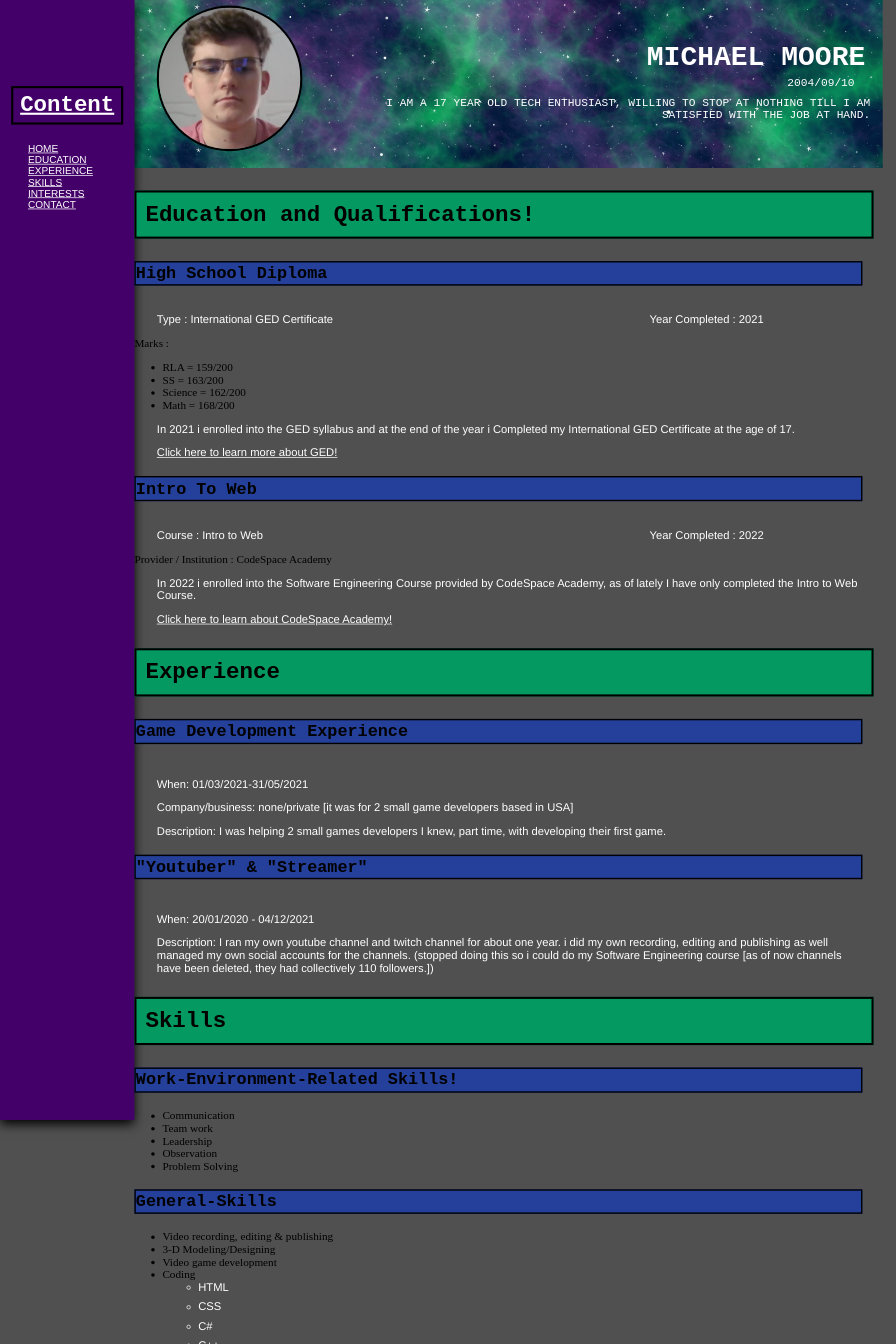
Repository: MikeMoore55/MichaelMooreResumeProject
Page: Resume.html
These files come from the project's save history. The page is drawn as it stood at one moment and after the next save; the edit follows.
The browser window is 1280 px wide. The pictures show the part of the page from y = 0 to 1920 px (the page is 2962 px tall), at 70% of full size.

Above is the page before, as saved 2022-02-16 09:31:38.

### Resume.html
<!DOCTYPE html>
<html lang="en">
<head>

    <meta charset="UTF-8">
    <meta http-equiv="X-UA-Compatible" content="IE=edge">
    <meta name="viewport" content="width=device-width, initial-scale=1.0">
    <title>MichaelMooreResume</title>
    <link rel="stylesheet" type="text/css" href="css/stylesheet.css">
    <!-- added icon to the head of the tab -->
    <link  rel="icon" href ="/images/tab-image.png">

</head>

<body>

    <header id="home">

        <img id="profilePic" src="/images/Michael Photo.jpg" alt="Picture of Michael Moore">

        <h1 id="name">
            Michael Moore
        </h1>

        <p id="DateOfBirth">
            2004/09/10
        </p>

        <p id="personalDescription">
            I am a 17 year old Tech enthusiast, willing to stop at nothing till i am satisfied with the job at hand.
        </p>

    </header>


    <nav>

        <div id="nav-container">

            <h2>
                Content
            </h2>

            <ol id="nav-list">
                <li class="navList-style"><a class="nav-link" href="#home"> HOME</a></li>
                <li class="navList-style"><a class="nav-link" href="#education">EDUCATION</a></li>
                <li class="navList-style"><a class="nav-link" href="#experience">EXPERIENCE</a></li>
                <li class="navList-style"><a class="nav-link" href="#skill">SKILLS</a></li>
                <li class="navList-style"><a class="nav-link" href="#interest">INTERESTS</a></li>
                <li class="navList-style"><a class="nav-link" href="#contact">CONTACT</a></li>
            </ol>

        </div>

    </nav>


    <section>
        <article>

            <!-- [to michael] this is the education section -->

            <div id="education" class="content-box">

                <h3>
                    Education and Qualifications!
                </h3>

                <h4>
                    High School Diploma
                </h4>

                <div id="highschoolcontent-container">

                    <p id="type-container" > Type : International GED Certificate</p>

                    <p id="year-container" >Year Completed : 2021</p>

                </div>

                <div class="Second-box" > Marks :
                        <ul>
                            <li>RLA = 159/200</li>
                            <li>SS = 163/200</li>
                            <li>Science = 162/200</li>
                            <li>Math = 168/200</li>
                        </ul>
                </div>

                <p class="EducationDescription-container">
                        In 2021 i enrolled into the GED syllabus and at the end of the year i Completed my International GED Certificate at the age of 17.
                </p>

                <p>
                    <a id="GedLink" href="https://ged.com/blog/what-is-a-ged/" target="_blank">Click here to learn more about GED!</a>
                </p>

                <h4>
                    Intro To Web
                </h4>

                <div id="Course-container">

                    <p id="typeCourse-container">Course : Intro to Web</p>
                    <p id="CourseYear-container">Year Completed : 2022</p>

                </div>

                <p class="Second-box">
                    Provider / Institution : CodeSpace Academy
                </p>

                <p class="EducationDescription-container">
                        In 2022 i enrolled into the Software Engineering Course provided by CodeSpace Academy, as of lately I have only completed the Intro to Web Course.
                </p>

                <p>
                    <a id="CodeSpaceLink" href="https://codespace.co.za/course/software-engineering/" target="_blank">Click here to learn about CodeSpace Academy!</a>
                </p>

            </div>

            <!-- [to michael] this is the experience section -->

            <div id="experience" class="content-box">

                <h3>
                    Experience
                </h3>

                <h4>
                        Game Development Experience
                </h4>

                <div class="experience-container">

                    <p>
                        When: 01/03/2021-31/05/2021
                    </p>

                    <p>
                        Company/business: none/private [it was for 2 small game developers based in USA]
                    </p>

                    <p>
                        Description:
                        I was helping 2 small games developers I knew, part time, with developing their first game.
                    </p>

                </div>

               <h4>
                   "Youtuber" & "Streamer"
               </h4>

               <div class="experience-container">

                    <p>
                        When: 20/01/2020 - 04/12/2021
                    </p>

                    <p>
                        Description:
                        I ran my own youtube channel and twitch channel for about one year. i did my own recording, editing and publishing as well managed my own social accounts for the channels. (stopped doing this so i could do my Software Engineering course [as of now channels have been deleted, they had collectively 110 followers.])
                    </p>

                </div>
            </div>

            <!-- [to michael] this is skills section -->

            <div id="skill" class="content-box">

                <h3>
                    Skills
                </h3>

                <h4>Work-Environment-Related Skills!</h4>

                <p>

                    <ul>
                        <li class="skills-List" >Communication</li>
                        <li class="skills-List" >Team work</li>
                        <li class="skills-List" >Leadership</li>
                        <li class="skills-List" >Observation</li>
                        <li class="skills-List" >Problem Solving</li>
                    </ul>

                </p>

                <h4>General-Skills</h4>

                <p>

                    <ul>
                        <li class="skills-List" >Video recording, editing & publishing</li>
                        <li class="skills-List" >3-D Modeling/Designing</li>
                        <li class="skills-List" >Video game development</li>
                        <li class="skills-List" >Coding
                            <ul>
                                <li class="coding-list">HTML</li>
                                <li class="coding-list">CSS</li>
                                <li class="coding-list">C#</li>
                                <li class="coding-list">C++</li>
                            </ul>
                        </li>
                    </ul>

                </p>

            </div>

            <!-- [to michael] this is the skills section -->

            <div id="interest" class="content-box">

                <h3>
                    Interests
                </h3>

                <p>

                    <ul>
                        <li class="interest-List" >Cars</li>
                        <li class="interest-List" >Technology</li>
                        <li class="interest-List" >AI</li>
                        <li class="interest-List" >Robotics</li>
                        <li class="interest-List" >Gaming</li>
                        <li class="interest-List" >Game Development</li>
                        <li class="interest-List" >Coding</li>
                    </ul>
                </p>


            </div>
        </article>

    </section>


    <footer id="contact">

        <div id="footerHeadings-container">

            <h5 id="contact-style">Contact me here:</h5>

            <h5 id="social-style">Follow the socials here:</h5>

        </div>

        <div id="contactANDsocialDetails-container">

            <div id="contactDeatils-container">

                <a class="contactAndSocial-Links" href="mailto:michaelwillemmoore@gmail.com" target="_blank" >
                <img id="linkImg-mail" src="/images/mail.jpeg.png" alt="email me michaelwillemmoore@gmail.com">
                </a>

                <a class="contactAndSocial-Links" href="tel:+27792363841" target="_blank" >
                <img id="linkImg-phone" src="/images/smartphone-5484616.png" alt="phone me at 079 236 3841">
                </a>

            </div>

            <div id="socialDetails-container">

                <a class="contactAndSocial-Links" href="https://www.instagram.com/the1theonly_michaelmoore/" target="_blank" >
                <img id="linkImg-instagram" src="/images/instagram.jpeg.png" alt="follow my instagram at the1theonly_michaelmoore">
                </a>


                <a class="contactAndSocial-Links" href="https://www.linkedin.com/in/michael-moore-66a249231/" target="_blank" >
                <img id="linkImg-linkdin" src="/images/linkden.jpeg.png" alt=" view my linkedin at Michael Moore">
                </a>

            </div>

        </div>

    </footer>

</body>

</html>

### css/stylesheet.css
/* from lesson with Mr Schalk, Always do this */

*{box-sizing: border-box;}


body{
    background-color: #515050;
}


/* background image for header was found on "pixabay.com" */

header{
    background-image: url(../images/star-background.jpg);
    background-size: cover;
    position: absolute;
    z-index: 0;
    left: 12em;
    top: 0;
    right: 0;
    width: 66.8em;
    height: 15em;
    margin: 0em .0em .1em .0em;
}
/* added a shadow hover affect to header, so people can know they are currently on it and to help seperate it from the content below */
header:hover{
    box-shadow: 0 0px 20px rgb(0, 0, 0);
}

#profilePic{
    border-radius: 50%;
    width: 13em;
    margin: .5em 2em 2em 2em;
    border: solid rgb(0, 0, 0) .2em;
}

#profilePic:hover{
    box-shadow: 0 0px 20px rgb(0, 0, 0);
}

#name {
    position: absolute;
    left: 18em;
    top: 0em;
    color: white;
    text-transform: uppercase;
    font-family: 'Courier New', Courier, monospace;
    font-size: 2.5em;
    text-align: right;
    margin: 1em .1em .1em .1em;
    padding: .5em .2em .5em .2em;
}

#DateOfBirth{
    position: absolute;
    left: 58em;
    top: 6.3em;
    color: white;
    text-transform: uppercase;
    font-family: 'Courier New', Courier, monospace;
    font-size: 1em;
    text-align: right;
    margin: .1em .9em .1em .1em;
    padding: .5em .2em .5em .2em;

}

#personalDescription{
    position: absolute;
    left: 17em;
    top: 8em;
    color: white;
    text-transform: uppercase;
    font-family: 'Courier New', Courier, monospace;
    font-size: 1em;
    text-align: right;
    margin: .1em .9em .1em .1em;
    padding: .5em .2em .5em .2em;
}

/* everything in nav */

/*the nav-container is to shape and size the navigation menu*/

#nav-container{
    background-color: rgb(67, 0, 105);

    position: fixed;
    z-index: 0;
    left: 0;
    top: 0;
    bottom: 0;
    height: 100em;
    width: 12em;
    margin: 0 0 0 0;
    padding: 0 0 0 0;

}

/* added a shadow hover affect to nav, so people can know they are currently on it */
#nav-container:hover{
  box-shadow: 0 5px 15px rgb(0, 0, 0);
}

/* h2=nav heading */
h2{
    position: relative;
    top:3em;
    color: rgb(255, 255, 255);
    font-family: 'Courier New', Courier, monospace;
    font-size: 2em;
    text-align: center;
    margin-bottom: 2em;
    margin-left: .5em;
    margin-right: .5em;
    border: solid 0.1em black;
    padding: .2em .2em .2em .2em;
    text-decoration-line: underline;
}

#nav-list{
    position: relative;
    top: 4em;
    color: white;
    list-style: none;
    font-family: 'Franklin Gothic Medium', 'Arial Narrow', Arial, sans-serif;
    font-size: 0.9em;
    text-align: left;

}


/* i seperated the nav-list from nav structure, for the nav-list provides the style and navList-structure, structures the list */

.navList-structure {
    margin-bottom: 1.9em;
    margin-right: 3em;
    margin-left: .1em;
    text-align: left;

}


/* how the link should look when not hovered or active */

.nav-link{
    color: rgb(255, 255, 255);
    text-transform: uppercase;
}

.nav-link:hover{
    background-color: rgb(250, 250, 250);
    color: rgb(0, 0, 0);
    box-shadow: 0 0px 20px rgb(0, 0, 0);
    font-size: 1.5em;
    border: solid 0.1em black;
    padding: .1em .1em .1em .1em;
    margin-right: 1em;
    margin-left: -0.5em;
}

/* for the position of the section */

/* everything in section/main */

section{
    position: absolute;
    top: 15em;
    left: 12em;
    bottom: 15em;
}

.content-container{
    margin: 2em 2em 2em 2em;
    border: solid .2em black;
    padding: .1em 1em 1em .4em;
}


/* when you hover over my content, there will now be a shadow */
/* added a shadow hover affect to content containers, so people can know which part they are currently on and to separate each part from one another */
.content-container:hover{
    box-shadow: 0 7px 17px rgb(0, 0, 0);
}

/* h3=content heading */

h3{
    background-color: rgb(4, 153, 96);
    margin: 1em 1em 1em 0;
    padding:.4em .4em .4em .4em;
    border: solid .1em black;
    font-size: 2em;
    font-family: 'Courier New', Courier, monospace;
}


/* h4= content sub heading */

h4{
    background-color: rgb(37, 64, 155);
    margin: 1em 2em 1em 0;
    padding: .1em 0em .1em 0em;
    border: solid .1em black;
    font-family: 'Courier New', Courier, monospace;
    font-size: 1.5em;

}

#GedLink {
    color: white;
    font-family: 'Franklin Gothic Medium', 'Arial Narrow', Arial, sans-serif;
    font-size: 1em;
    margin: 2em;
}

#GedLink:hover{
    background-color: rgb(4, 153, 96);
    box-shadow: 0 5px 15px rgb(0, 0, 0);
    color: rgb(245, 245, 245);
    font-size: 1.2em;
    font-family: 'Franklin Gothic Medium', 'Arial Narrow', Arial, sans-serif;
    border: solid 0.1em rgb(255, 253, 253);
    padding: .1em .1em .1em .1em;

}

#CodeSpaceLink{
    color: white;
    font-family: 'Franklin Gothic Medium', 'Arial Narrow', Arial, sans-serif;
    font-size: 1em;
    margin: 2em;
}

#CodeSpaceLink:hover{
    background-color: rgb(4, 153, 96);
    box-shadow: 0 5px 15px rgb(0, 0, 0);
    color: rgb(245, 245, 245);
    font-size: 1.2em;
    font-family: 'Franklin Gothic Medium', 'Arial Narrow', Arial, sans-serif;
    border: solid 0.1em rgb(240, 240, 240);
    padding: .1em .1em .1em .1em;
}

#highschoolcontent-container{
    display: flex;
    flex-flow: row wrap;
    color: white;
    font-family: 'Franklin Gothic Medium', 'Arial Narrow', Arial, sans-serif;
    font-size: 1em;
    justify-content: space-between;
}

#type-container{
     flex: 2;
     padding: 1em, 2em, 1em, 2em;
     margin: 1em 2em 1em 2em;
}

#year-container{
    flex: 1;
    padding: 1em, 2em, 1em, 2em;
    margin: 1em 2em 1em 2em;
}


/* this second box is used for the list under "highschool diploma" and "intro to web" under the education part to keep them in line */

.Second-container{
     padding: 1em, 2em, 1em, 2em;
     margin: 1em 2em 1em 2em;
     font-size: 1em;
     font-family: 'Franklin Gothic Medium', 'Arial Narrow', Arial, sans-serif;
     color: white;
}


/* this education description container is used for the list under "highschool diploma" and "intro to web" under the education part because they both contain the same type of info to keep them in line  */

.EducationDescription-container{
    padding: 1em, 2em, 1em, 2em;
    margin: 1em 2em 1em 2em;
    font-size: 1em;
    font-family: 'Franklin Gothic Medium', 'Arial Narrow', Arial, sans-serif;
    color: white;
}

#Course-container{
    display: flex;
    flex-flow: row wrap;
    color: white;
    font-family: 'Franklin Gothic Medium', 'Arial Narrow', Arial, sans-serif;
    font-size: 1em;
    justify-content: space-between;

}

#CourseYear-container{
    flex: 1;
    padding: 1em, 2em, 0em, 2em;
    margin: 1em 2em 0em 2em;
}

#typeCourse-container{
    flex: 2;
    padding: 1em, 2em, 0em, 2em;
    margin: 1em 2em 0em 2em;
}

.experience-container{
    color: white;
    font-family: 'Franklin Gothic Medium', 'Arial Narrow', Arial, sans-serif;
    font-size: 1em;
    padding: .5em 2em 0em 1em;
    margin: .5em 2em 0em 1em;
}

.skillsAndinterest-List{
    list-style: none;
    color: white;
    font-family: 'Franklin Gothic Medium', 'Arial Narrow', Arial, sans-serif;
    font-size: 1em;
    margin-bottom: .4em;
}

.coding-list{

    color: white;
    font-family: 'Franklin Gothic Medium', 'Arial Narrow', Arial, sans-serif;
    font-size: 1em;
    margin-bottom: .6em;
    margin-left: .7em;
}

/* background image for footer was found on "pixabay.com" */

/* everything in the footer */

footer{
    background-image: url(../images/star-background.jpg);
    background-size: cover;
    position: absolute;
    z-index: 0;
    left: 12em;
    bottom: 0;
    right: 0;
    top: 170em;
    width: 66.8em;
    height: 15em;
    padding: .1em .1em 1em .1em;
    margin: .1em .1em .1em .1em;
}
/* added a shadow hover affect to footer, so people can know they are currently on it and to help separate it from the rest of content */
footer:hover{
    box-shadow: 0 0px 20px rgb(0, 0, 0);
}

#footerHeadings-container{
    display: flex;
    flex-flow: row wrap;
}

#contact-style{
    flex: 1;
    color: white;
    text-decoration-line: underline;
    font-family: 'Courier New', Courier, monospace;
    font-size: 100%;
    padding: 1em 2em 1em 2em;
    margin: 1em 3em .3em 1em;
}

#social-style{
    flex: 1;
    color: white;
    text-decoration-line: underline;
    font-family: 'Courier New', Courier, monospace;
    font-size: 100%;
    padding: 1em 2em 1em 2em;
    margin: 1em 1em .3em 16em;
}

#contactANDsocialDetails-container{
    display: flex;
    flex-flow: row wrap;
}

#contactDeatils-container{
    flex: 3;
    display: flex;
    flex-flow: row wrap;
    margin: 0em 1em 0em 1em;
}

#linkImg-mail{
    flex: 1;
    border-radius: 50%;
    width: 5em;
    margin: 2em 2em 2em 2em;
    background-color: transparent;
}

#linkImg-phone{
    flex: 2;
    border-radius: 50%;
    width: 5em;
    margin: 2em 2em 2em 2em;
    background-color: transparent;
}


#socialDetails-container{
    flex: 2;
    display: flex;
    flex-flow: row wrap;
    margin: 0em 1em 0em 8em;
}

#linkImg-instagram{
    flex: 1;
    border-radius: 50%;
    width: 5em;
    margin: 2em 2em 2em 2em;
    background-color: transparent;
}

#linkImg-linkdin{
    flex: 2;
    border-radius: 50%;
    width: 5em;
    margin: 2em 2em 2em 2em;
    background-color: transparent;
}

After the next save:
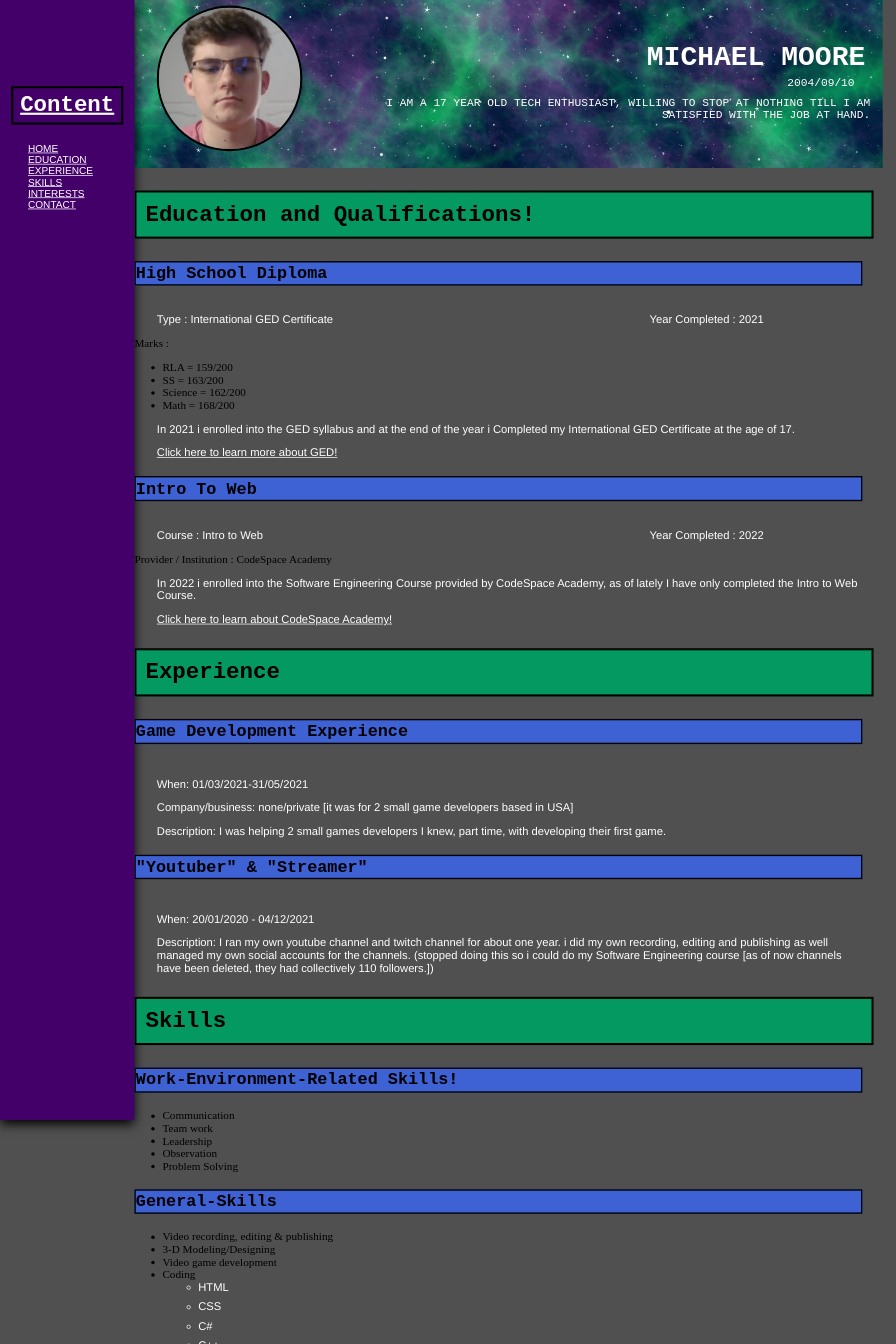
Saved 28 s later.
--- a/css/stylesheet.css
+++ b/css/stylesheet.css
@@ -198,7 +198,7 @@ h3{
 /* h4= content sub heading */
 
 h4{
-    background-color: rgb(37, 64, 155);
+    background-color: rgb(62, 97, 212);
     margin: 1em 2em 1em 0;
     padding: .1em 0em .1em 0em;
     border: solid .1em black;
